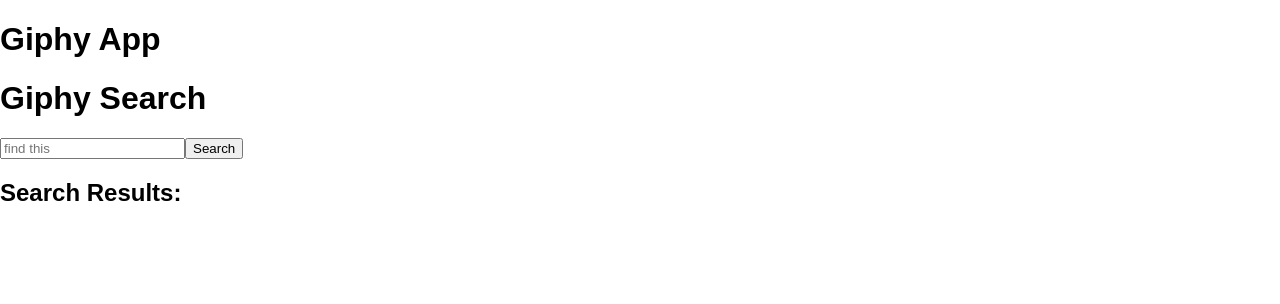
Repository: pithao/weekend-sql-to-do-react-2
Page: /
These files come from the project's save history. The page is drawn as it stood at one moment and after a run of saves; the edit follows.
The browser window is 1280 px wide. The pictures show the whole page.
The project was rebuilt for these pictures with package versions that can differ from the ones it lists, and the page was loaded fresh each time. Also part of the build but not shown: vite.config.js.

Above is the page before, as saved 2024-12-05 19:53:37.

### index.html
<!DOCTYPE html>
<html lang="en">
  <head>
    <meta charset="utf-8">
    <meta name="viewport" content="width=device-width, initial-scale=1, shrink-to-fit=no">
    <meta name="theme-color" content="#000000">
    <!--
      manifest.json provides metadata used when your web app is added to the
      homescreen on Android. See https://developers.google.com/web/fundamentals/engage-and-retain/web-app-manifest/
    -->
    <link rel="manifest" href="/manifest.json">
    <link rel="shortcut icon" href="/favicon.ico">
    <!--
      Notice the use of  in the tags above.
      It will be replaced with the URL of the `public` folder during the build.
      Only files inside the `public` folder can be referenced from the HTML.

      Unlike "/favicon.ico" or "favicon.ico", "/favicon.ico" will
      work correctly both with client-side routing and a non-root public URL.
      Learn how to configure a non-root public URL by running `npm run build`.
    -->
    <title>React App</title>
  </head>
  <body>
    <noscript>
      You need to enable JavaScript to run this app.
    </noscript>
    <div id="root"></div>
    <!--
      This HTML file is a template.
      If you open it directly in the browser, you will see an empty page.

      You can add webfonts, meta tags, or analytics to this file.
      The build step will place the bundled scripts into the <body> tag.

      To begin the development, run `npm start` or `yarn start`.
      To create a production bundle, use `npm run build` or `yarn build`.
    -->



<script type="module" src="/src/index.jsx"></script>
  </body>
</html>

### src/components/App/App.jsx
import {useState, useEffect} from 'react';
import Search from '../Search/Search';

function App () {

  return (
    <div>
      <h1>Giphy App</h1>
      <Search />
    </div>
  );

}

export default App

### src/components/Search/Search.jsx
import {useState, useEffect} from 'react';
import axios from 'axios';
import GiphsList from '../GiphsList/GiphsList';

function Search () {
    const [ searchText, setSearchText] = useState('');
    const [ giphs, setGiphs ] = useState( [] );

  function searchNow(){
    console.log('in searchNow:', searchText);
    // axios call to giphy

    const url = `https://api.giphy.com/v1/gifs/search?api_key=84QiQD0CU1Ep4qL3Z904TnFon6vVuKep&q= ${searchText} &limit=25&offset=0&rating=g&lang=en&bundle=messaging_non_clips`
    axios.get( url ).then(function(response){
      console.log(response.data);
      setGiphs(response.data.data); //specific to giphy
    }).catch(function(err){
      console.log(err);
      alert('error getting Giphs')

    })
    }


  return (
    <div>
      <h1>Giphy Search</h1>
      <input type='text' placeholder='find this' onChange={ (e) =>setSearchText( e.target.value ) }/>
      <button onClick={ searchNow }>Search</button>
      <div>
        <h2>Search Results:</h2>
        {
          giphs.map( ( giph, index )=>(
            <img key={index} src={ giph.images.original.url } />
          ))
        }
        {/* <p>{ searchText }</p>
        <p>{JSON.stringify(giphs)}</p> */}
      </div>
    </div>
  );

}

export default Search

// import { useState, useEffect } from 'react';
// import axios from 'axios';

// function Search () {

//   function searchNow(){
//     console.log( 'in searchNow:', searchText );
//     // axios call to giphy
//     const url = `https://api.giphy.com/v1/gifs/search?api_key=o2scmkIZPtYY63Yq8bXVhlRFkM1JM9X6&q=${ searchText }&limit=25&offset=0&rating=g&lang=en&bundle=messaging_non_clips`;
//     axios.get( url ).then( function ( response ){
//       console.log( response.data );
//       setGiphs( response.data.data ); // specific to giphy
//     }).catch( function( err ){
//       console.log( err );
//       alert( 'error getting Giphs' );
//     })
//   }

//   const [ searchText, setSearchText ] = useState( '' );
//   const [ giphs, setGiphs ] = useState( [] );

//   return (
//     <div>
//       <h1>Giphy Search</h1>
//       <input type='text' placeholder='find this' onChange={ ( e )=>setSearchText( e.target.value ) }/>
//       <button onClick={ searchNow }>Search</button>
//       <div>
//         <h2>Search Results:</h2>
//         {
//           giphs.map( ( giph, index )=>(
//             <img key={index} src={ giph.images.original.url } />
//           ))
//         }
//       </div>
//     </div>
//   );

// }

// export default Search

### src/components/GiphsList/GiphsList.jsx
import {useState, useEffect} from 'react';
import axios from 'axios';


function GiphsList () {

  const [ hook, setHool ] = useState('');

  return (
    <div>
      <h1>Giphy GiphsList</h1>
    </div>
  );

}

export default GiphsList

Loaded but not shown: src/index.jsx (common file); src/index.css (common file)

After the next 2 saves:
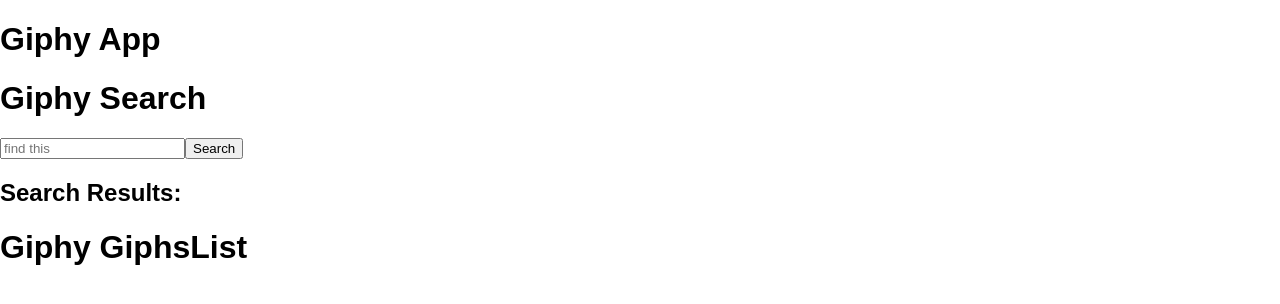
The 2 saves are shown as one change because 1 did not build or start.
The last was saved 21 s later.
--- a/src/components/Search/Search.jsx
+++ b/src/components/Search/Search.jsx
@@ -37,6 +37,7 @@
         {/* <p>{ searchText }</p>
         <p>{JSON.stringify(giphs)}</p> */}
       </div>
+      <GiphsList />
     </div>
   );
 
